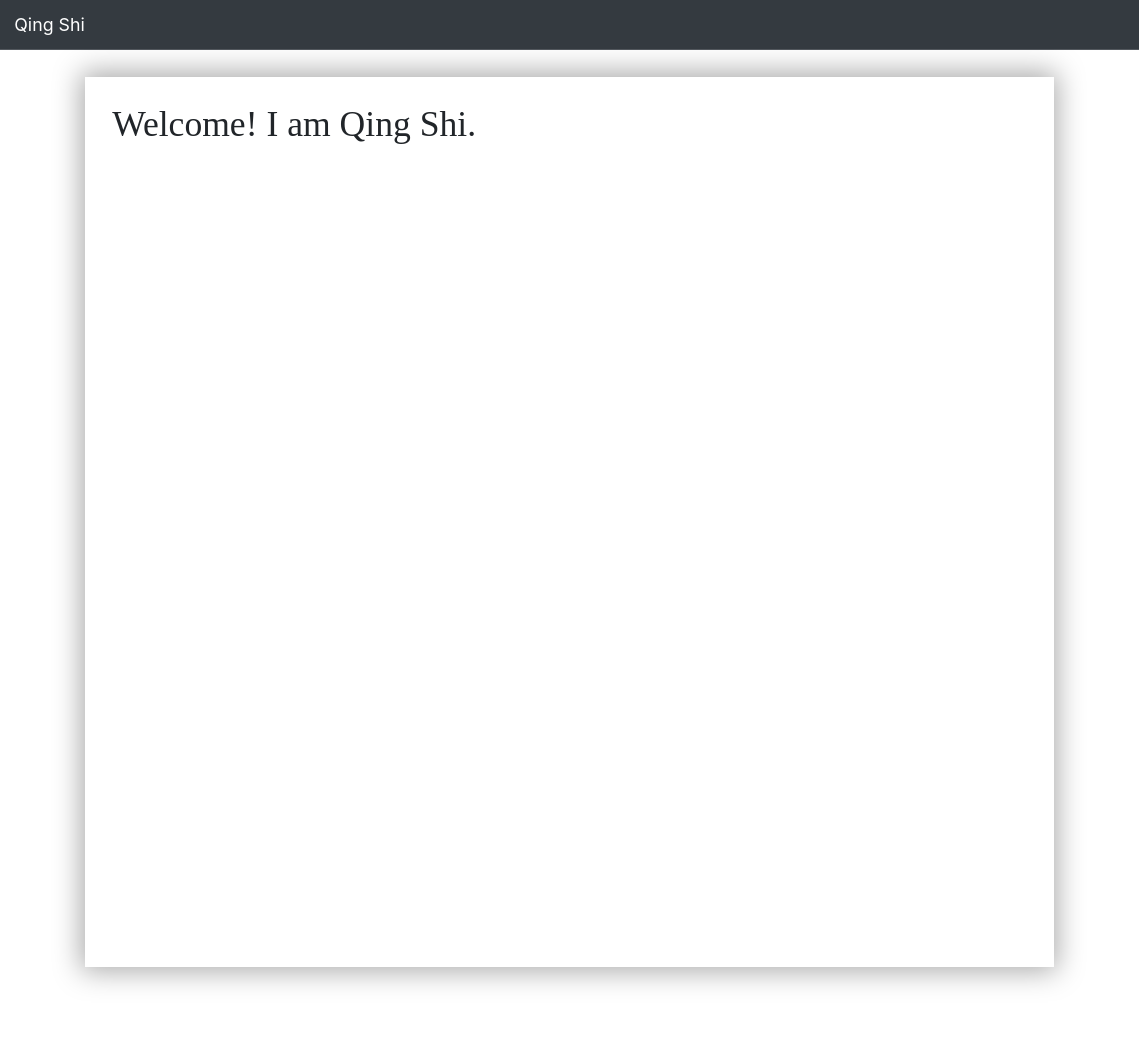
Repository: sqsssq/webpage
Page: index.html
An editor plug-in stored every save of this project. The page is shown before and after the next save, followed by the edit.
The browser window is 1280 px wide. The pictures show the whole page, at 89% of full size.
Some web libraries are served in a nearby version.

Above is the page before, as saved 2022-03-27 23:35:16.

### index.html
<!--
 * @Author: Qing Shi
 * @LastEditTime: 2022-03-27 23:34:02
 * @Knowledge:
 * @Description: my homepage
 * @Attention:
-->
<!doctype html>
<html lang="zh-CN">

<head>
    <!-- 必须的 meta 标签 -->
    <meta charset="utf-8">
    <meta name="viewport" content="width=device-width, initial-scale=1, shrink-to-fit=no">
    <title>Qing Shi</title>

    <!-- 新 Bootstrap4 核心 CSS 文件 -->
    <link rel="stylesheet" href="https://cdn.staticfile.org/twitter-bootstrap/4.3.1/css/bootstrap.min.css">

    <!-- jQuery文件。务必在bootstrap.min.js 之前引入 -->
    <script src="https://cdn.staticfile.org/jquery/3.2.1/jquery.min.js"></script>

    <!-- bootstrap.bundle.min.js 用于弹窗、提示、下拉菜单，包含了 popper.min.js -->
    <script src="https://cdn.staticfile.org/popper.js/1.15.0/umd/popper.min.js"></script>

    <!-- 最新的 Bootstrap4 核心 JavaScript 文件 -->
    <script src="https://cdn.staticfile.org/twitter-bootstrap/4.3.1/js/bootstrap.min.js"></script>

    <link rel="stylesheet" href="css/index.css">
    <link rel="shortcut icon" href="icon/bitbug_favicon.ico" />
</head>

<body>

    <nav class="navbar  navbar-dark bg-dark">
        <a class="navbar-brand" href="#">
            Qing Shi
        </a>

        <!-- <button type="button" class="btn btn-outline-primary">中/EN</button> -->
    </nav>

    <div class="container framework">
        <!-- Image and text -->
        <div class="webHeader">
            <h1 id="titleFont">Welcome! I am Qing Shi.</h1>
            <div class="webIntroduction"></div>
        </div>
    </div>
</body>

</html>

### css/index.css
* {
    margin: 0;
    padding: 0;
}

body {
    /* font-family:Georia,serif; */
    background: #ffffff;
    /* font-weight:bold; */
    /* font-size:15px; */
    /* color:#333;
    overflow: hidden; */
    -webkit-font-smoothing: antialiased;
}

.framework {
    height: 1000px;
    margin-top: 30px;
    margin-bottom: 100px;
    padding: 30px 30px 30px 30px;
    width: 85%;
    /* border-color: black; */
    /* border-width: 3px; */
    /* border-style: solid; */
    box-shadow: darkgrey 0px 0px 30px 5px ;
}

#titleFont {
    /* Garamond */
    font-family: italic ;
}

/*chrome--------------------------------------------start*/
::-webkit-scrollbar {
    width: 8px;
    height: 8px;
}

/* Track */
::-webkit-scrollbar-track {
    background: #ffffff;
    border-radius: 8px;
}

/* Handle */
::-webkit-scrollbar-thumb {
    background: rgb(201, 201, 202);
    border-radius: 8px;
}

/* Handle on hover */
::-webkit-scrollbar-thumb:hover {
    background: rgb(162, 162, 163);
}

.el-menu::-webkit-scrollbar,
.el-table__body-wrapper::-webkit-scrollbar {
    display: none;
}

.el-menu:hover::-webkit-scrollbar,
.el-table__body-wrapper:hover::-webkit-scrollbar {
    display: block;
}

/*chrome--------------------------------------------end*/

After the next save:
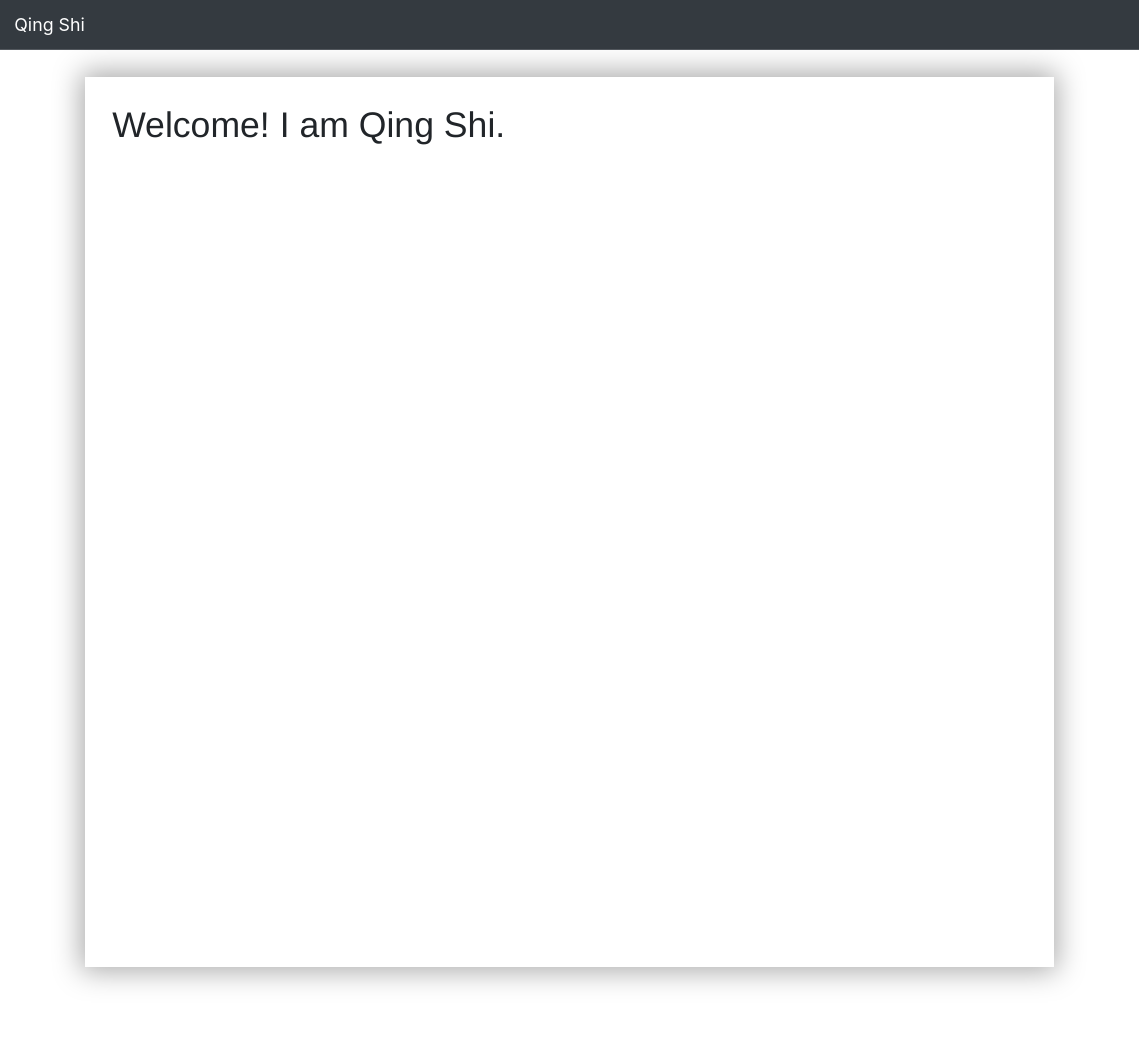
Saved 2 min 52 s later.
--- a/css/index.css
+++ b/css/index.css
@@ -27,7 +27,7 @@
 
 #titleFont {
     /* Garamond */
-    font-family: italic ;
+    font-family: Helvetica;
 }
 
 /*chrome--------------------------------------------start*/

After the save that followed:
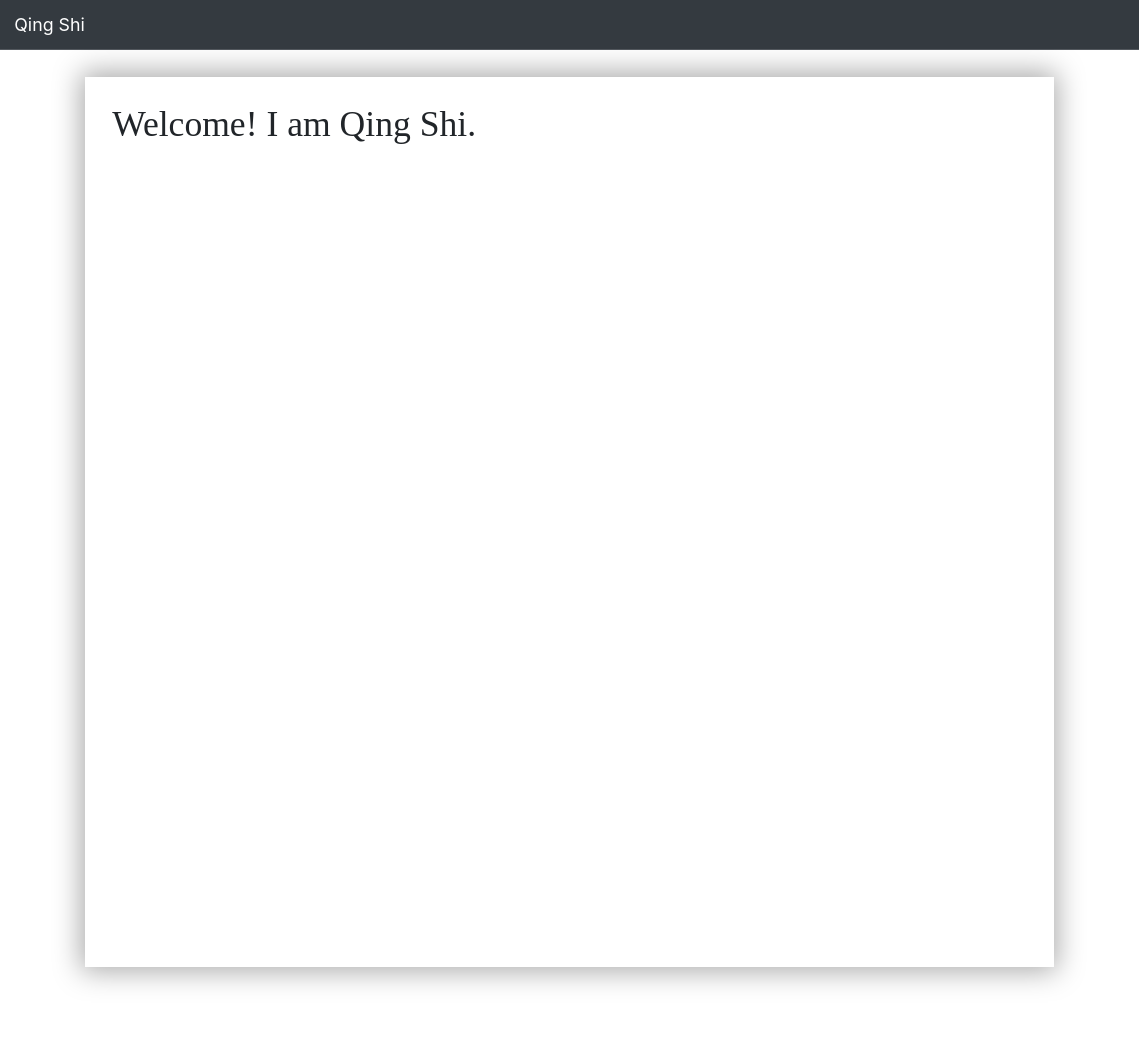
Saved 33 s later.
--- a/css/index.css
+++ b/css/index.css
@@ -27,7 +27,7 @@
 
 #titleFont {
     /* Garamond */
-    font-family: Helvetica;
+    font-family: Georia;
 }
 
 /*chrome--------------------------------------------start*/
